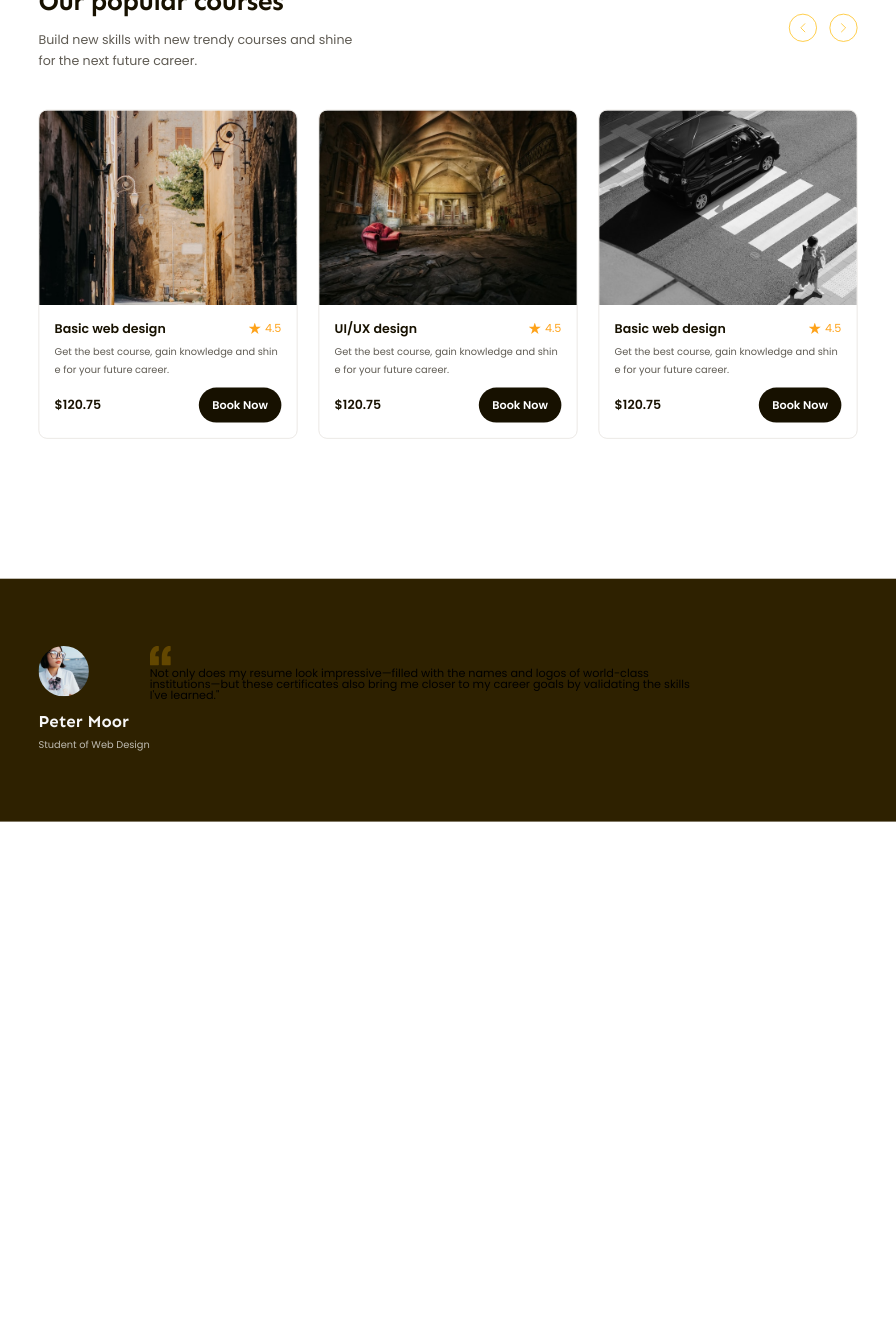
Repository: empty24062002/f8-htmlcss-02-pratice
Page: index.html
The author's editor kept a copy of each file at every save. The page is drawn from the files as they stood at one save, then again after the next save.
The browser window is 1280 px wide. The pictures show the part of the page from y = 1094 to 3014 px (the page is 5187 px tall), at 70% of full size.
A picture or video elsewhere on the page could not be fetched, so the positions and the page height are approximate.

Above is the page before, as saved 2023-07-19 09:38:09.

After the next save:
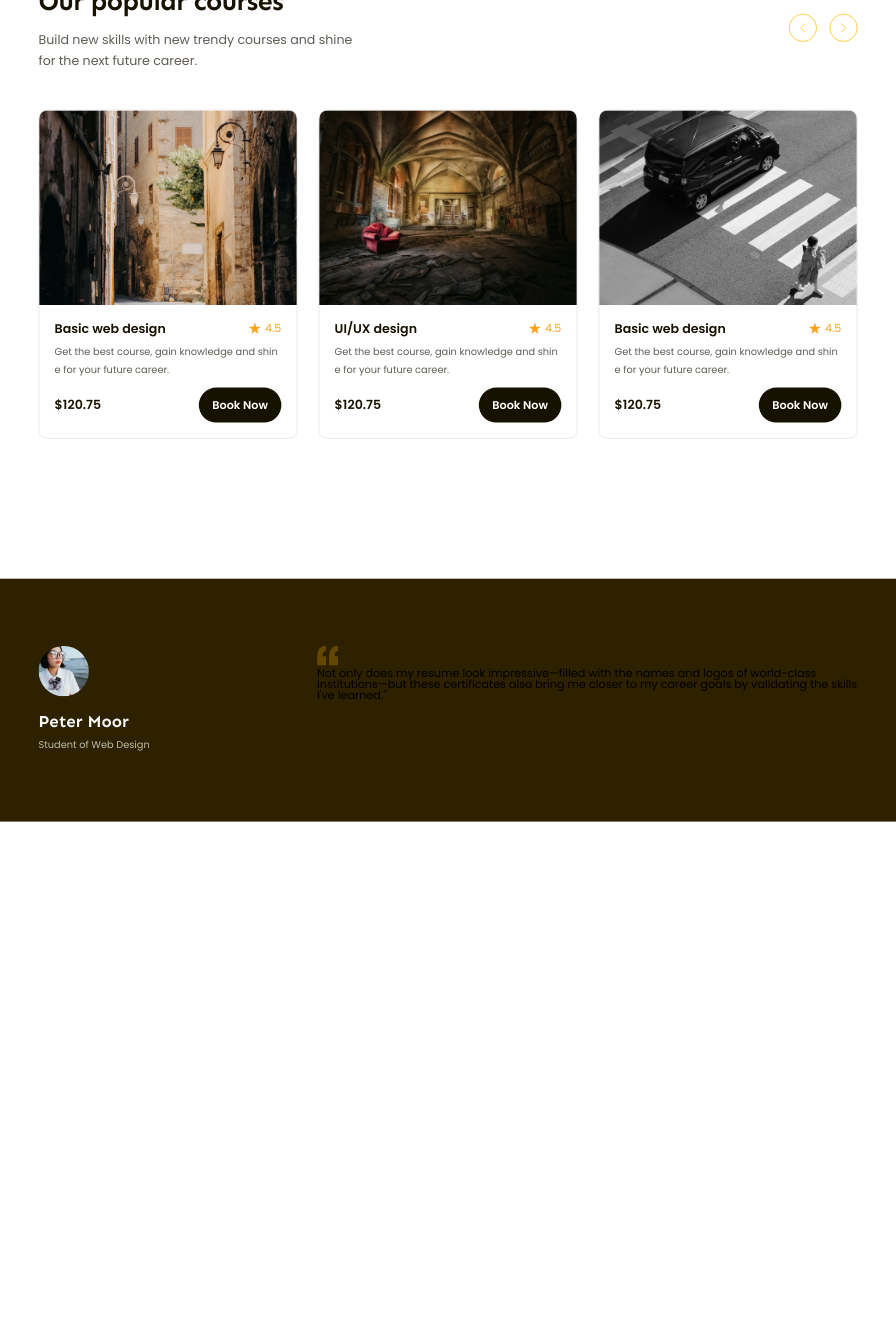
Saved 18 s later.
--- a/assets/css/styles.css
+++ b/assets/css/styles.css
@@ -441,4 +441,5 @@ a {
 
 .feedback .content {
     width: 66%;
-}
+    margin-left: auto;
+}
